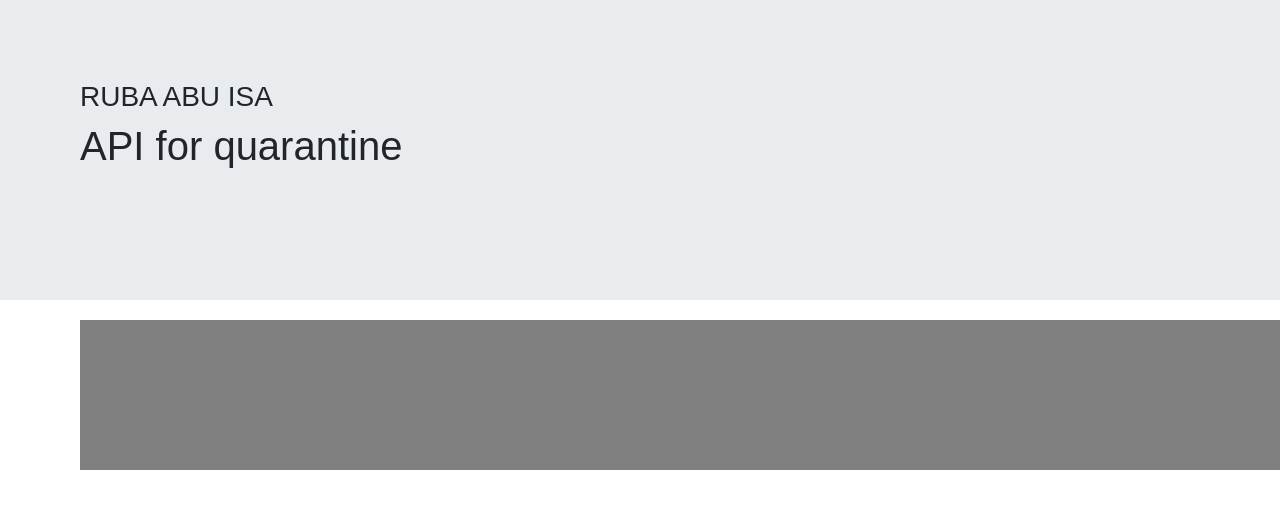
Repository: rubaabu/Fullstack-bitberry
Page: server/index.html
The author's editor kept a copy of each file at every save. The page is drawn from the files as they stood at one save, then again after the next save.
The browser window is 1280 px wide. The pictures show the whole page.

Above is the page before, as saved 2020-04-02 15:54:35.

### server/index.html
<!DOCTYPE html>
<html lang="en">
  <head>
    <meta charset="UTF-8" />
    <meta name="viewport" content="width=device-width, initial-scale=1.0" />
    <title>Ruba</title>

    <link rel="stylesheet" type="text/css" href="style.css" />
    <link
      rel="stylesheet"
      href="https://stackpath.bootstrapcdn.com/bootstrap/4.4.1/css/bootstrap.min.css"
      integrity="sha384-Vkoo8x4CGsO3+Hhxv8T/Q5PaXtkKtu6ug5TOeNV6gBiFeWPGFN9MuhOf23Q9Ifjh"
      crossorigin="anonymous"
    />
  </head>
  <body>
    <header>
      <div class="header-top">
        <div class="header">
          <h3>RUBA ABU ISA</h3>
          <h1>API for quarantine</h1>
        </div>
        <div class="header-bottom">
            <a href="https://ruba.codefactory.live/"></a>
        </div>
      </div>
    </header>
    <main class="container">
      <div></div>
    </main>
  </body>
</html>

### server/style.css
header .header-top {
    background-color: #E9ECEF;
    height: 300px;
    padding-left: 80px;
    padding-top: 80px;
}
header .header-top .header {
    font-family: sans-serif;
    margin-bottom: 150px;

}

header .header-bottom {
    height: 150px;
    background-color: gray;
}

After the next save:
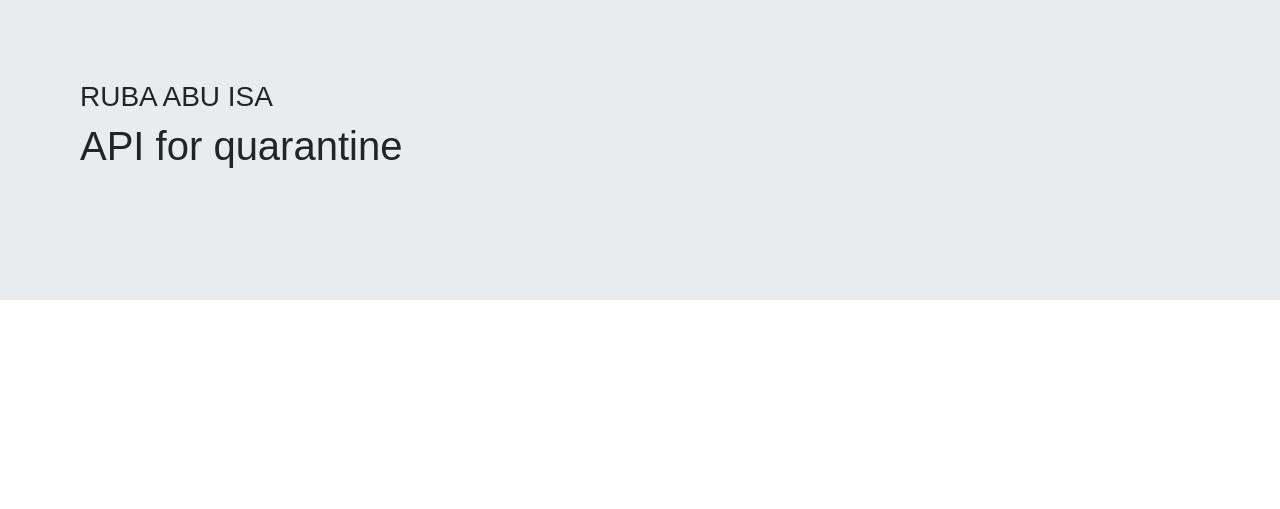
Saved 27 s later.
--- a/server/style.css
+++ b/server/style.css
@@ -9,8 +9,3 @@ header .header-top .header {
     margin-bottom: 150px;
 
 }
-
-header .header-bottom {
-    height: 150px;
-    background-color: gray;
-}
